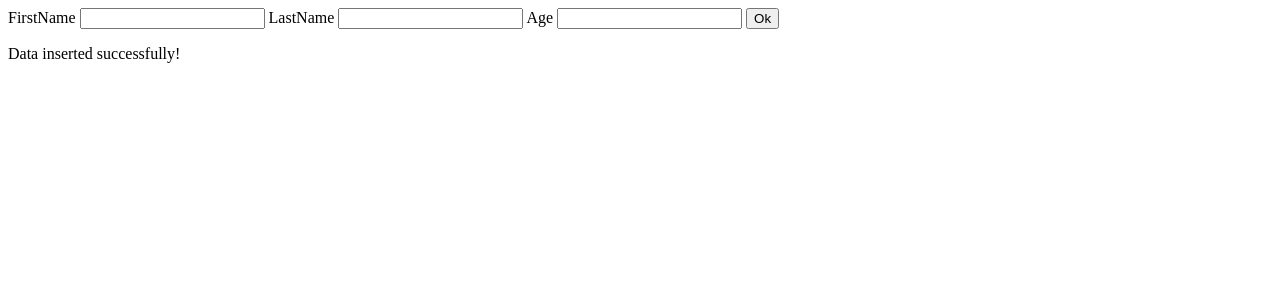
Repository: DhishnaPD/AdvancedJava
Page: http://localhost/crud/insertform.jsp
An editor plug-in stored every save of this project. The page is shown before and after the next save, followed by the edit.
The browser window is 1280 px wide. The pictures show the whole page.
The page is served by Tomcat 9.

Above is the page before, as saved 2024-12-20 13:45:45.

### crud/src/main/webapp/insertform.jsp
<%@ page language="java" contentType="text/html; charset=ISO-8859-1"
    pageEncoding="ISO-8859-1"%>
<!DOCTYPE html>
<html>
<head>
<meta charset="ISO-8859-1">
<title>Insert title here</title>
</head>
<body>
<form action="insert.jsp" method="POST">
<label for="fname">FirstName</label>
<input type="text" id="fname" name="fname">
<label for="lname">LastName</label>
<input type="text" id="lname" name="lname">
<label for="age">Age</label>
<input type="number" name="age" id="age">
<button type="submit">Ok</button>
</form>
<c:if test="${not empty param.success}">
 <p>Data inserted successfully!</p>
 </c:if>
</body>
</html>

After the next save:
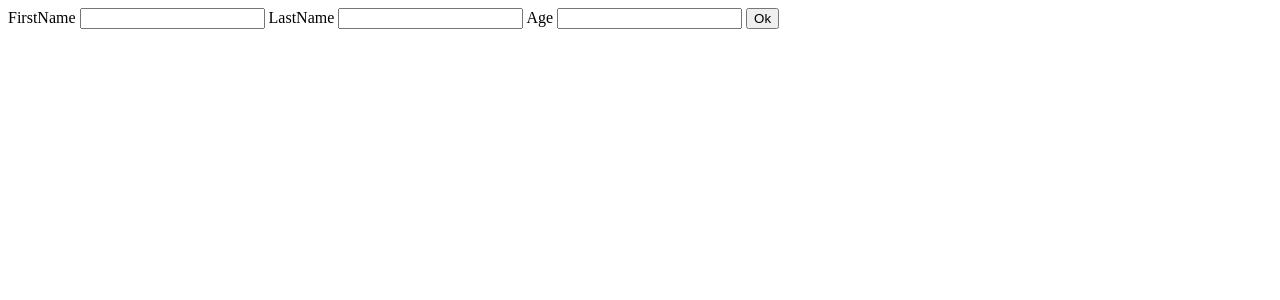
Saved 56 s later.
--- a/crud/src/main/webapp/insertform.jsp
+++ b/crud/src/main/webapp/insertform.jsp
@@ -1,5 +1,8 @@
 <%@ page language="java" contentType="text/html; charset=ISO-8859-1"
     pageEncoding="ISO-8859-1"%>
+    <%@page import="java.sql.*, java.util.*, java.io.*, javax.servlet.*" %>
+<%@taglib uri="http://java.sun.com/jsp/jstl/core" prefix="c" %>
+<%@taglib uri="http://java.sun.com/jsp/jstl/sql" prefix="sql" %>
 <!DOCTYPE html>
 <html>
 <head>
